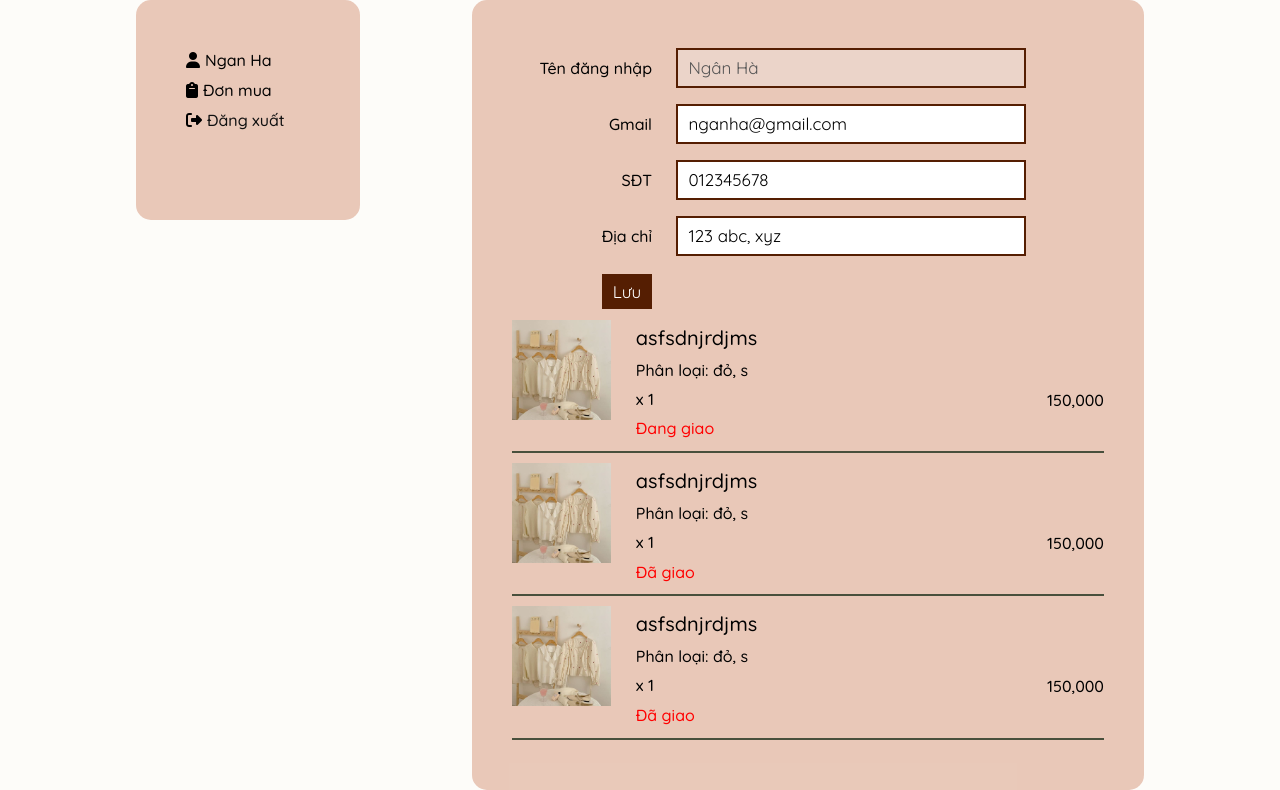
Repository: nganha241/store
Page: profile.html
The author's editor kept a copy of each file at every save. The page is drawn from the files as they stood at one save, then again after the next save.
The browser window is 1280 px wide. The pictures show the whole page.
Some web libraries are served in a nearby version.

Above is the page before, as saved 2022-04-22 22:39:53.

After the next save:
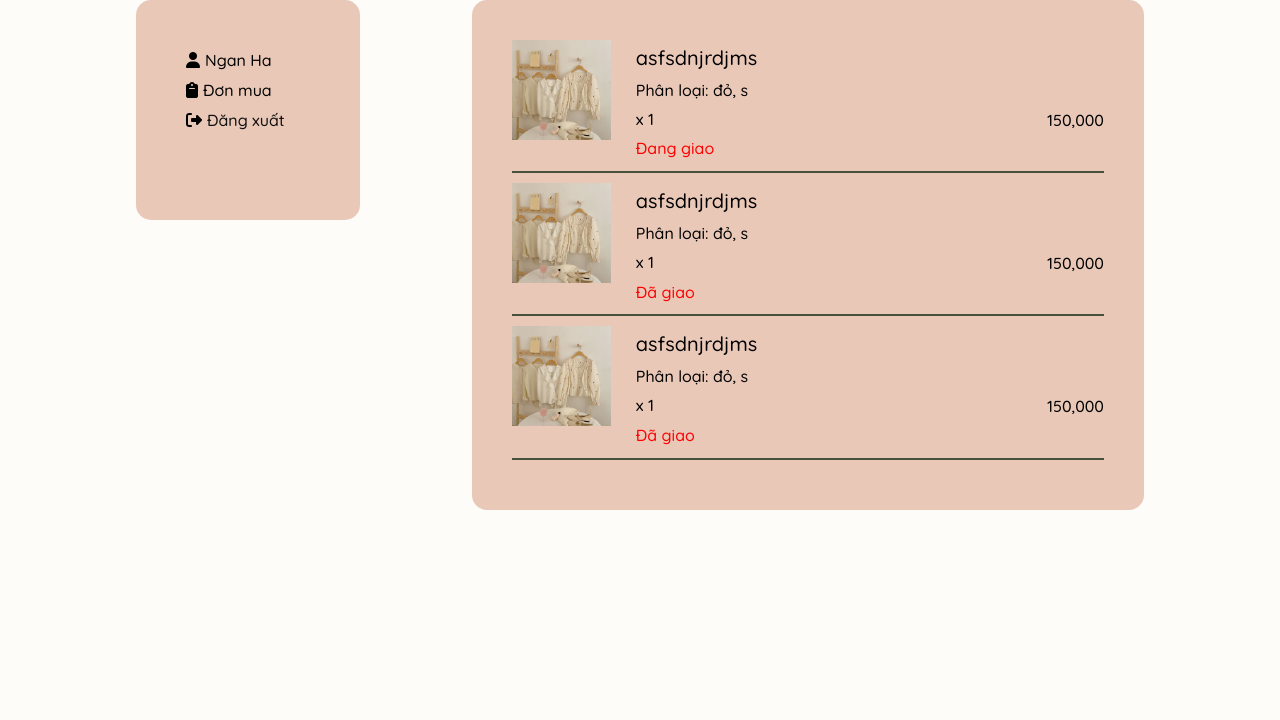
Saved 21 s later.
--- a/style.css
+++ b/style.css
@@ -1206,5 +1206,5 @@ li {
 }
 
 .show {
-    display: block;
-}
+    display: none;
+}
